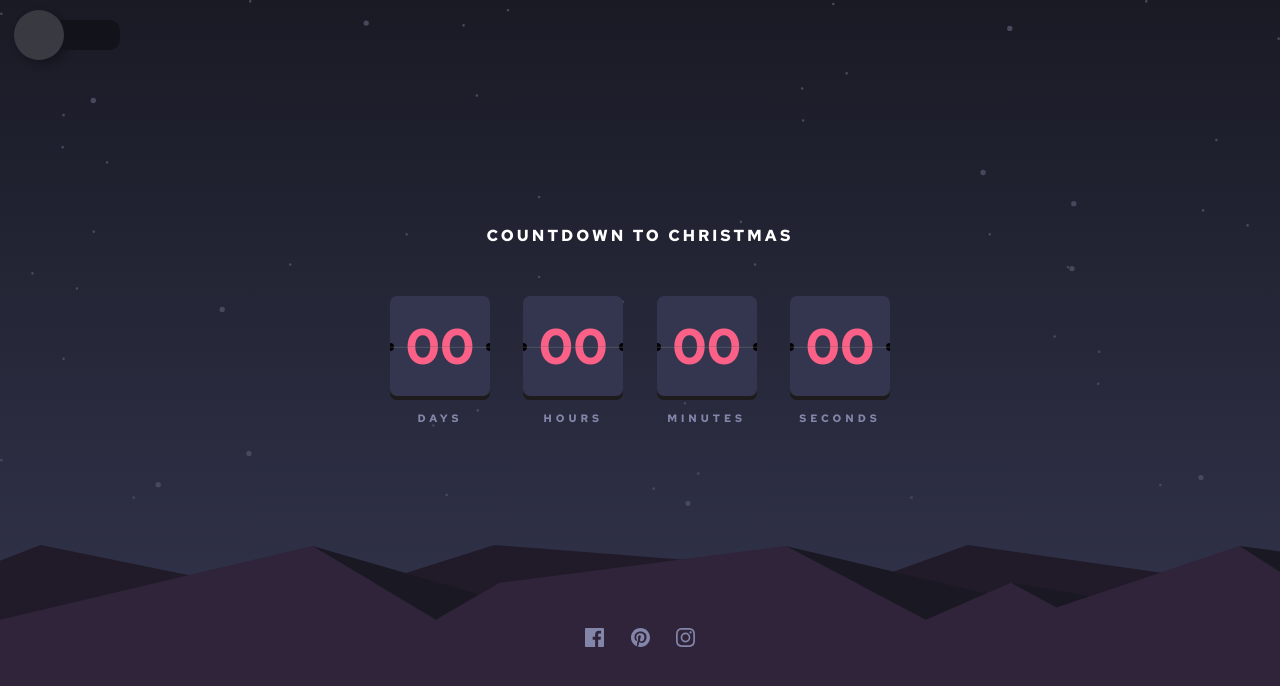
Repository: Eugene44-hub/countdown
Page: index.html
These files come from the project's save history. The page is drawn as it stood at one moment and after a run of saves; the edit follows.
The browser window is 1280 px wide. The pictures show the whole page.
After loading, the first visible `div.toggle` was clicked once.

Above is the page before, as saved 2021-09-13 03:21:40.

### index.html
<!DOCTYPE html>
<html lang="en">

<head>
    <meta charset="UTF-8">
    <meta http-equiv="X-UA-Compatible" content="IE=edge">
    <meta name="viewport" content="width=device-width, initial-scale=1.0">
    <title>Document</title>
    <link rel="stylesheet" href="style.css">
</head>

<body>
    <div class="box">
        <div class="toggle"></div>
    </div>

    <div class="container">

        <div class="timer">
            <h4 class="col10">countdown to christmas</h4>
            <div>
                <div class="card">
                    <div class="circle"></div>
                    <div class="circle circle2"></div>
                    <p id="days">00</p>
                    <hr>
                </div>
                <h6>days</h6>
            </div>
            <div>
                <div class="card">
                    <div class="circle"></div>
                    <div class="circle circle2"></div>
                    <p id="hours">00</p>
                    <hr>
                </div>
                <h6>hours</h6>
            </div>
            <div>
                <div class="card">
                    <div class="circle"></div>
                    <div class="circle circle2"></div>
                    <p id="minutes">00</p>
                    <hr>
                </div>
                <h6>minutes</h6>
            </div>
            <div>
                <div class="card">
                    <div class="circle"></div>
                    <div class="circle circle2"></div>
                    <p id="seconds">00</p>
                    <hr>
                </div>
                <h6>seconds</h6>
            </div>

        </div>
        <footer>
            <div class="social-media" id="facebook">
                <a href=""><img src="images/icon-facebook.svg"></a>
            </div>
            <div class="social-media" id="pinterest">
                <a href="">
                    <img src="images/icon-pinterest.svg">
                </a>
            </div>
            <div class="social-media" id="instagram">
                <a href="">
                    <img src="images/icon-instagram.svg">
                </a>
            </div>



        </footer>
    </div>

    <script src="app.js"></script>

</body>

</html>

</html>

### style.css
    @import url('https://fonts.googleapis.com/css2?family=Red+Hat+Text:wght@700&display=swap');
    * {
        padding: 0;
        margin: 0;
        box-sizing: border-box;
    }

    body {
        /* background-color: hsl(235, 16%, 14%); */
        /* background-color: hsl(234, 17%, 12%); */
        background-image: url('images/pattern-hills.svg'), url('images/bg-stars.svg'), linear-gradient( hsl(235, 18%, 12%), hsl(236, 21%, 26%));
        background-position: bottom, top;
        background-repeat: no-repeat, repeat;
        background-size: contain;
        background-attachment: fixed;
        font-family: 'Red Hat Text';
    }

    .container {
        display: flex;
        width: 100%;
        height: 500px;
        flex-wrap: wrap;
        text-align: center;
    }

    .col10 {
        flex: 100%;
        margin: auto;
    }

    h4 {
        color: white;
        padding: 50px;
        text-transform: uppercase;
        letter-spacing: 3px;
    }

    h6 {
        color: white;
        text-transform: uppercase;
        margin-top: 15px;
        color: hsl(237, 18%, 59%);
        letter-spacing: 4px;
    }

    .timer {
        margin: auto;
        display: flex;
        flex-wrap: wrap;
        justify-content: space-between;
        max-width: 500px;
    }

    .card {
        background-color: hsl(236, 21%, 26%);
        width: 100px;
        height: 100px;
        position: relative;
        overflow: hidden;
        box-shadow: 0px 4px rgb(29, 27, 27);
        border-radius: 7px;
        display: flex;
    }

    p {
        font-size: 50px;
        color: hsl(345, 95%, 68%);
        margin: auto;
    }

    .circle {
        border-width: 4px;
        border-radius: 50%;
        border-color: black;
        border-style: solid;
        height: 1px;
        position: absolute;
        left: -4px;
        top: 47%;
    }

    .circle2 {
        left: 96px;
    }

    hr {
        position: absolute;
        width: 100%;
        top: 50%;
        left: 0%;
        border-color: rgb(158, 158, 158);
        opacity: 0.2;
    }

    footer {
        display: flex;
        justify-content: space-between;
        flex: 100%;
        max-width: 130px;
        position: absolute;
        bottom: 5%;
        left: 50%;
        transform: translate(-50%, -50%);
    }

    img {
        width: 100%
    }

    .social-media {
        width: 30%;
        padding: 10px;
    }

    img:hover {
        background-color: hsl(345, 95%, 68%);
    }

    .box {
        background-color: black;
        height: 30px;
        width: 100px;
        position: relative;
        transition: all 0.5s;
        border-radius: 10px;
        margin-left: 20px;
        margin-top: 20px;
        opacity: 0.3;
    }

    .toggle {
        top: -10px;
        background-color: grey;
        height: 50px;
        width: 50px;
        box-shadow: 4px 4px 10px black;
        border-radius: 50%;
        position: absolute;
        left: -6px;
        transition: all 0.5s;
    }

    @media screen and (max-width: 720px) {
        .timer {
            max-width: 100%;
            padding: 2px;
        }
        body {
            background-size: auto;
        }
    }
    /* timer color  hsl(345, 95%, 68%)
timer card color hsl(237, 18%, 59%)
* /

### app.js
setInterval(e => {
    const days = document.querySelector('#days');
    const hours = document.querySelector('#hours');
    const minutes = document.querySelector('#minutes');
    const seconds = document.querySelector('#seconds');
    //Actual values
    const proposed = new Date('2021-12-25');
    const current = new Date();

    const proArr = [proposed.getHours(), proposed.getMinutes(), proposed.getSeconds(), proposed.getDay(), proposed.getMonth()];
    let daysTo, hoursTo, minutesTo, secondsTo;

    daysTo = (((proArr.at(-1) * 31) - 7) + proposed.getDate()) - (((current.getMonth() * 31) - 5) + current.getDate());
    hoursTo = (24 - current.getHours());
    minutesTo = (60 - current.getMinutes());
    secondsTo = (60 - current.getSeconds());

    days.textContent = daysTo;
    hours.textContent = hoursTo;
    minutes.textContent = minutesTo;
    seconds.textContent = secondsTo;
}, Infinity)

const box = document.querySelector('.box')
const toggle = document.querySelector('.toggle');
toggle.addEventListener('click', e => {
    if (toggle.style.left == '-6px') {

        toggle.style.left = '50px'
        box.style.backgroundColor = 'white';
        document.body.style.backgroundImage = " url('images/snow-clipart-620123-ields-covered-with-snow-under-a-b-Stock-Vector.jpg')";
        document.body.style.backgroundRepeat = 'no-repeat';
        document.body.style.backgroundSize = 'cover'


    } else {
        let query = window.matchMedia('(min-width:720px)');

        toggle.style.left = '-6px'
        box.style.backgroundColor = 'black';
        document.body.style.backgroundImage = " url('images/pattern-hills.svg'), url('images/bg-stars.svg'), linear-gradient( hsl(235, 18%, 12%), hsl(236, 21%, 26%))"
        document.body.style.backgroundRepeat = 'no-repeat';


        function qfunc(x) {
            if (x.matches) {
                document.body.style.backgroundSize = 'contain';

            } else {
                document.body.style.backgroundSize = 'auto';
            }
        }

        qfunc(query);


    }
})







//calculation starts
// console.log((((proArr.at(-1) * 31) - 7) + proposed.getDate()) - (((current.getMonth() * 31) - 5) + current.getDate()) + 'days to christmas');
// console.log('hours:' + (24 - current.getHours()));
// console.log('minutes:' + (60 - current.getMinutes()));
// console.log('seconds:' + (60 - current.getSeconds()));
//claculations end


// console.log('proposed days:' + (((proArr.at(-1) * 31) - 7) + proposed.getDate()));
// console.log('current days:' + (((current.getMonth() * 31) - 5) + current.getDate()));
//test
// let cal = proposed. - current;
// console.log(proposed);
// console.log(current.getDate());
// console.log(proArr.at(-1) + 1);
// let another = new Date(cal);
// console.log(another)
//359-253 propsed day - current day(mth*31-7) for september minus 6
// console.log(another)
//359-253 propsed day - current day(mth*31-7) for september minus 6

After the next 2 saves:
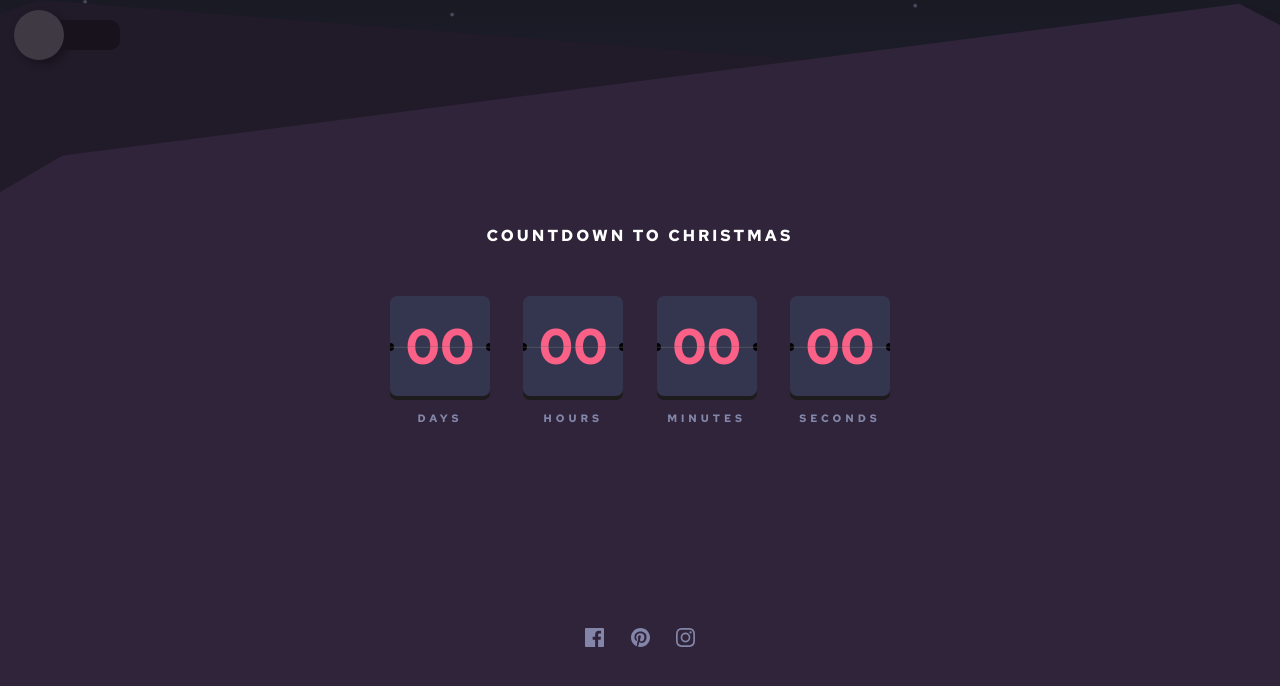
The 2 saves are shown as one change because they came seconds apart.
The last was saved 103 s later.
--- a/app.js
+++ b/app.js
@@ -44,7 +44,7 @@
 
         function qfunc(x) {
             if (x.matches) {
-                document.body.style.backgroundSize = 'contain';
+                document.body.style.backgroundSize = 'cover';
 
             } else {
                 document.body.style.backgroundSize = 'auto';

After the save that followed:
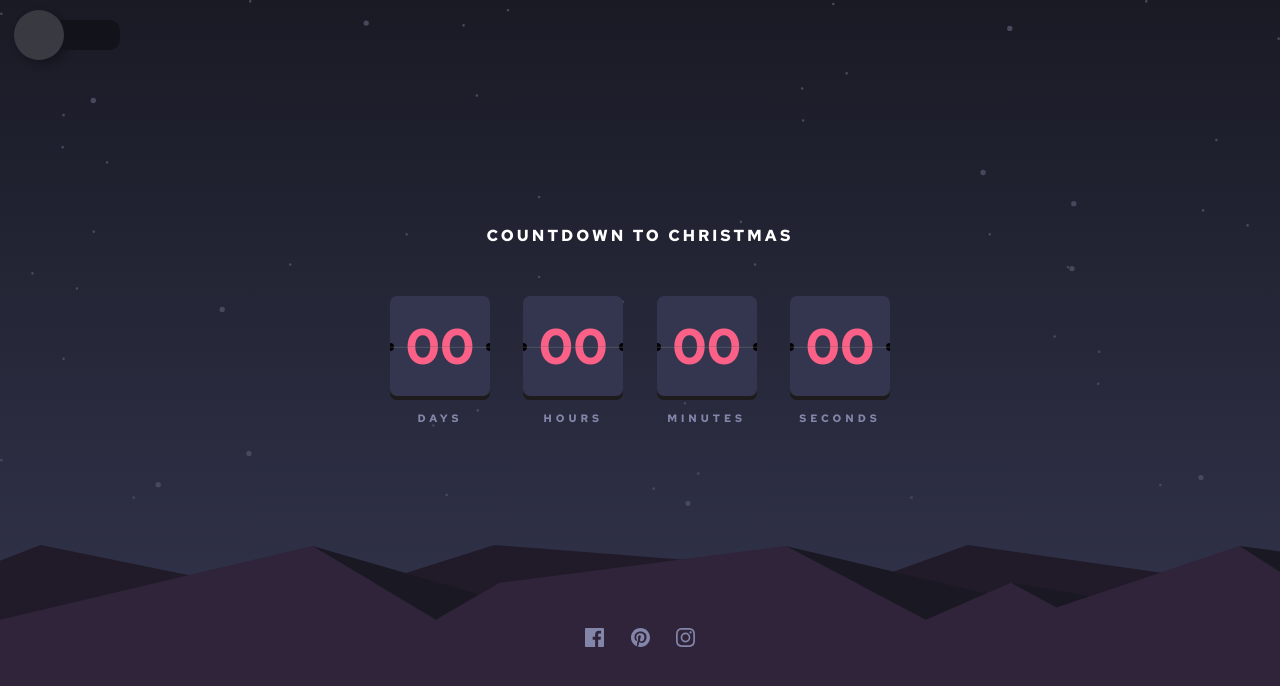
Saved 26 s later.
--- a/app.js
+++ b/app.js
@@ -44,7 +44,7 @@
 
         function qfunc(x) {
             if (x.matches) {
-                document.body.style.backgroundSize = 'cover';
+                document.body.style.backgroundSize = 'contain';
 
             } else {
                 document.body.style.backgroundSize = 'auto';
